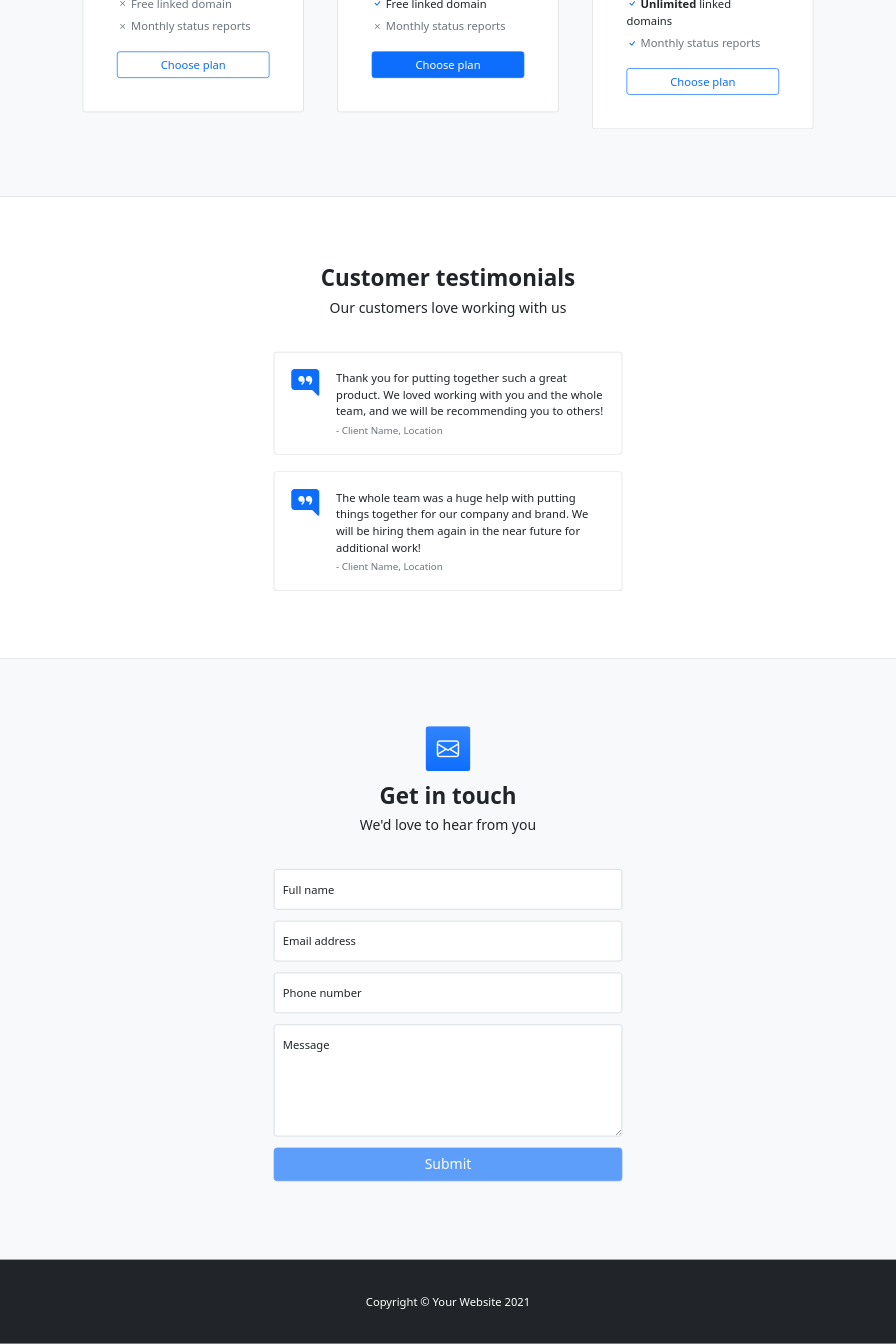
Repository: jaunnnngs/HackaTone
Page: http://localhost/StunProjects/St_Join/main.jsp
An editor plug-in stored every save of this project. The page is shown before and after the next save, followed by the edit.
The browser window is 1280 px wide. The pictures show the part of the page from y = 1548 to 3468 px (the page is 3468 px tall before and 3452 px after), at 70% of full size.
Some web libraries are served in a nearby version. The page is served by Tomcat 9. Other server files are loaded and not shown.

Above is the page before, as saved 2021-07-26 06:15:11.

### STUN_TEAM/StunProjects/src/main/webapp/St_Join/main.jsp

</script>
<%@ page language="java" contentType="text/html; charset=UTF-8"
pageEncoding="UTF-8"%>
<!DOCTYPE html>
<html>
    <head>
        <meta charset="utf-8" />
        <meta name="viewport" content="width=device-width, initial-scale=1, shrink-to-fit=no" />
        <meta name="description" content="" />
        <meta name="author" content="" />
        <title>Warm Place_main</title>
        <!-- Favicon-->
        <link rel="icon" type="image/x-icon" href="assets/favicon.ico" />
        <!-- Bootstrap icons-->
        <link href="https://cdn.jsdelivr.net/npm/bootstrap-icons@1.4.1/font/bootstrap-icons.css" rel="stylesheet" />
        <!-- Core theme CSS (includes Bootstrap)-->
        <link href="css/styles.css" rel="stylesheet" />
    </head>
    <body>
   <%
	// 현재 세션 상태를 체크한다
	String userID = null;
	if (session.getAttribute("userID") != null) {
		userID = (String) session.getAttribute("userID");
	}
	%>

        <!-- Responsive navbar-->
        <nav class="navbar navbar-expand-lg navbar-dark bg-dark">
            <div class="container px-5">
                <a class="navbar-brand" href="../St_Join/main.jsp">Warm Place</a>
                <button class="navbar-toggler" type="button" data-bs-toggle="collapse" data-bs-target="#navbarSupportedContent" aria-controls="navbarSupportedContent" aria-expanded="false" aria-label="Toggle navigation"><span class="navbar-toggler-icon"></span></button>
                 <div class="collapse navbar-collapse" id="navbarSupportedContent">
                 <%
					// 로그인 하지 않았을 때 보여지는 화면
					if(userID == null){
				%>
                    <ul class="navbar-nav ms-auto mb-2 mb-lg-0">
                        <li class="nav-item"><a class="nav-link active" aria-current="page" href="../St_board/login.jsp">로그인</a></li>
                        <li class="nav-item"><a class="nav-link" href="../St_Join/st_userJoin.jsp">회원가입</a></li>
                        <li class="nav-item"><a class="nav-link" href="../St_Reservation/map.jsp">예약하기</a></li>
                        <li class="nav-item"><a class="nav-link" href="../St_board/bbs.jsp">맛집후기</a></li>
                        <li class="nav-item"><a class="nav-link" href="#!">Contact</a></li>
                    </ul>
				<%
				// 로그인이 되어 있는 상태에서 보여주는 화면
					}else{
				%>
                    <ul class="navbar-nav ms-auto mb-2 mb-lg-0">
                        <li class="nav-item"><a class="nav-link active" aria-current="page" href="../St_board/logoutAction.jsp">로그아웃</a></li>
                        <li class="nav-item"><a class="nav-link" href="../St_Join/st_userJoin.jsp">회원가입</a></li>
                        <li class="nav-item"><a class="nav-link" href="../St_Reservation/map.jsp">예약하기</a></li>
                        <li class="nav-item"><a class="nav-link" href="../St_board/bbs.jsp">맛집후기</a></li>
                        <li class="nav-item"><a class="nav-link" href="#!">Contact</a></li>
                    </ul>
                    <%
				}
			%>
                </div>
            </div>
        </nav>

	    <!-- Header-->
        <header class="bg-dark py-5">
            <div class="container px-5">
                <div class="row gx-5 justify-content-center">
                    <div class="col-lg-6">
                        <div class="text-center my-5">
                            <h1 class="display-5 fw-bolder text-white mb-2">가고싶은 장소를 미리 보고싶었던 적 있지않나요??</h1>
                            <p class="lead text-white-50 mb-4">코로나 시대에도 안전하게 놀러갑시다!!</p>
                            <div class="d-grid gap-3 d-sm-flex justify-content-sm-center">
                                <a class="btn btn-outline-light btn-lg px-4" href="#features">실시간 확인</a>
                                <a class="btn btn-outline-light btn-lg px-4" href="../St_Reservation/map.jsp">예약하기</a>
                            </div>
                        </div>
                    </div>
                </div>
            </div>
        </header>
        <!-- Features section-->
        <section class="py-5 border-bottom" id="features">
            <div class="container px-5 my-5">
                <div class="row gx-5">
                    <div class="col-lg-4 mb-5 mb-lg-0">
                        <div class="feature bg-primary bg-gradient text-white rounded-3 mb-3"><i class="bi bi-collection"></i></div>
                        <h2 class="h4 fw-bolder">실시간 장소확인</h2>
                        <p>장소를 입력해주세요.</p>
                        <a class="text-decoration-none" href="#!">
                            Call to action
                            <i class="bi bi-arrow-right"></i>
                        </a>
                    </div>
                    <div class="col-lg-4 mb-5 mb-lg-0">
                        <div class="feature bg-primary bg-gradient text-white rounded-3 mb-3"><i class="bi bi-building"></i></div>
                        <h2 class="h4 fw-bolder">Featured title</h2>
                        <p>Paragraph of text beneath the heading to explain the heading. We'll add onto it with another sentence and probably just keep going until we run out of words.</p>
                        <a class="text-decoration-none" href="#!">
                            Call to action
                            <i class="bi bi-arrow-right"></i>
                        </a>
                    </div>
                    <div class="col-lg-4">
                        <div class="feature bg-primary bg-gradient text-white rounded-3 mb-3"><i class="bi bi-toggles2"></i></div>
                        <h2 class="h4 fw-bolder">Featured title</h2>
                        <p>Paragraph of text beneath the heading to explain the heading. We'll add onto it with another sentence and probably just keep going until we run out of words.</p>
                        <a class="text-decoration-none" href="#!">
                            Call to action
                            <i class="bi bi-arrow-right"></i>
                        </a>
                    </div>
                </div>
            </div>
        </section>
        <!-- Pricing section-->
        <section class="bg-light py-5 border-bottom">
            <div class="container px-5 my-5">
                <div class="text-center mb-5">
                    <h2 class="fw-bolder">Pay as you grow</h2>
                    <p class="lead mb-0">With our no hassle pricing plans</p>
                </div>
                <div class="row gx-5 justify-content-center">
                    <!-- Pricing card free-->
                    <div class="col-lg-6 col-xl-4">
                        <div class="card mb-5 mb-xl-0">
                            <div class="card-body p-5">
                                <div class="small text-uppercase fw-bold text-muted">Free</div>
                                <div class="mb-3">
                                    <span class="display-4 fw-bold">$0</span>
                                    <span class="text-muted">/ mo.</span>
                                </div>
                                <ul class="list-unstyled mb-4">
                                    <li class="mb-2">
                                        <i class="bi bi-check text-primary"></i>
                                        <strong>1 users</strong>
                                    </li>
                                    <li class="mb-2">
                                        <i class="bi bi-check text-primary"></i>
                                        5GB storage
                                    </li>
                                    <li class="mb-2">
                                        <i class="bi bi-check text-primary"></i>
                                        Unlimited public projects
                                    </li>
                                    <li class="mb-2">
                                        <i class="bi bi-check text-primary"></i>
                                        Community access
                                    </li>
                                    <li class="mb-2 text-muted">
                                        <i class="bi bi-x"></i>
                                        Unlimited private projects
                                    </li>
                                    <li class="mb-2 text-muted">
                                        <i class="bi bi-x"></i>
                                        Dedicated support
                                    </li>
                                    <li class="mb-2 text-muted">
                                        <i class="bi bi-x"></i>
                                        Free linked domain
                                    </li>
                                    <li class="text-muted">
                                        <i class="bi bi-x"></i>
                                        Monthly status reports
                                    </li>
                                </ul>
                                <div class="d-grid"><a class="btn btn-outline-primary" href="#!">Choose plan</a></div>
                            </div>
                        </div>
                    </div>
                    <!-- Pricing card pro-->
                    <div class="col-lg-6 col-xl-4">
                        <div class="card mb-5 mb-xl-0">
                            <div class="card-body p-5">
                                <div class="small text-uppercase fw-bold">
                                    <i class="bi bi-star-fill text-warning"></i>
                                    Pro
                                </div>
                                <div class="mb-3">
                                    <span class="display-4 fw-bold">$9</span>
                                    <span class="text-muted">/ mo.</span>
                                </div>
                                <ul class="list-unstyled mb-4">
                                    <li class="mb-2">
                                        <i class="bi bi-check text-primary"></i>
                                        <strong>5 users</strong>
                                    </li>
                                    <li class="mb-2">
                                        <i class="bi bi-check text-primary"></i>
                                        5GB storage
                                    </li>
                                    <li class="mb-2">
                                        <i class="bi bi-check text-primary"></i>
                                        Unlimited public projects
                                    </li>
                                    <li class="mb-2">
                                        <i class="bi bi-check text-primary"></i>
                                        Community access
                                    </li>
                                    <li class="mb-2">
                                        <i class="bi bi-check text-primary"></i>
                                        Unlimited private projects
                                    </li>
                                    <li class="mb-2">
                                        <i class="bi bi-check text-primary"></i>
                                        Dedicated support
                                    </li>
                                    <li class="mb-2">
                                        <i class="bi bi-check text-primary"></i>
                                        Free linked domain
                                    </li>
                                    <li class="text-muted">
                                        <i class="bi bi-x"></i>
                                        Monthly status reports
                                    </li>
                                </ul>
                                <div class="d-grid"><a class="btn btn-primary" href="#!">Choose plan</a></div>
                            </div>
                        </div>
                    </div>
                    <!-- Pricing card enterprise-->
                    <div class="col-lg-6 col-xl-4">
                        <div class="card">
                            <div class="card-body p-5">
                                <div class="small text-uppercase fw-bold text-muted">Enterprise</div>
                                <div class="mb-3">
                                    <span class="display-4 fw-bold">$49</span>
                                    <span class="text-muted">/ mo.</span>
                                </div>
                                <ul class="list-unstyled mb-4">
                                    <li class="mb-2">
                                        <i class="bi bi-check text-primary"></i>
                                        <strong>Unlimited users</strong>
                                    </li>
                                    <li class="mb-2">
                                        <i class="bi bi-check text-primary"></i>
                                        5GB storage
                                    </li>
                                    <li class="mb-2">
                                        <i class="bi bi-check text-primary"></i>
                                        Unlimited public projects
                                    </li>
                                    <li class="mb-2">
                                        <i class="bi bi-check text-primary"></i>
                                        Community access
                                    </li>
                                    <li class="mb-2">
                                        <i class="bi bi-check text-primary"></i>
                                        Unlimited private projects
                                    </li>
                                    <li class="mb-2">
                                        <i class="bi bi-check text-primary"></i>
                                        Dedicated support
                                    </li>
                                    <li class="mb-2">
                                        <i class="bi bi-check text-primary"></i>
                                        <strong>Unlimited</strong>
                                        linked domains
                                    </li>
                                    <li class="text-muted">
                                        <i class="bi bi-check text-primary"></i>
                                        Monthly status reports
                                    </li>
                                </ul>
                                <div class="d-grid"><a class="btn btn-outline-primary" href="#!">Choose plan</a></div>
                            </div>
                        </div>
                    </div>
                </div>
            </div>
        </section>
        <!-- Testimonials section-->
        <section class="py-5 border-bottom">
            <div class="container px-5 my-5 px-5">
                <div class="text-center mb-5">
                    <h2 class="fw-bolder">Customer testimonials</h2>
                    <p class="lead mb-0">Our customers love working with us</p>
                </div>
                <div class="row gx-5 justify-content-center">
                    <div class="col-lg-6">
                        <!-- Testimonial 1-->
                        <div class="card mb-4">
                            <div class="card-body p-4">
                                <div class="d-flex">
                                    <div class="flex-shrink-0"><i class="bi bi-chat-right-quote-fill text-primary fs-1"></i></div>
                                    <div class="ms-4">
                                        <p class="mb-1">Thank you for putting together such a great product. We loved working with you and the whole team, and we will be recommending you to others!</p>
                                        <div class="small text-muted">- Client Name, Location</div>
                                    </div>
                                </div>
                            </div>
                        </div>
                        <!-- Testimonial 2-->
                        <div class="card">
                            <div class="card-body p-4">
                                <div class="d-flex">
                                    <div class="flex-shrink-0"><i class="bi bi-chat-right-quote-fill text-primary fs-1"></i></div>
                                    <div class="ms-4">
                                        <p class="mb-1">The whole team was a huge help with putting things together for our company and brand. We will be hiring them again in the near future for additional work!</p>
                                        <div class="small text-muted">- Client Name, Location</div>
                                    </div>
                                </div>
                            </div>
                        </div>
                    </div>
                </div>
            </div>
        </section>
        <!-- Contact section-->
        <section class="bg-light py-5">
            <div class="container px-5 my-5 px-5">
                <div class="text-center mb-5">
                    <div class="feature bg-primary bg-gradient text-white rounded-3 mb-3"><i class="bi bi-envelope"></i></div>
                    <h2 class="fw-bolder">Get in touch</h2>
                    <p class="lead mb-0">We'd love to hear from you</p>
                </div>
                <div class="row gx-5 justify-content-center">
                    <div class="col-lg-6">
                        <!-- * * * * * * * * * * * * * * *-->
                        <!-- * * SB Forms Contact Form * *-->
                        <!-- * * * * * * * * * * * * * * *-->
                        <!-- This form is pre-integrated with SB Forms.-->
                        <!-- To make this form functional, sign up at-->
                        <!-- https://startbootstrap.com/solution/contact-forms-->
                        <!-- to get an API token!-->
                        <form id="contactForm" data-sb-form-api-token="API_TOKEN">
                            <!-- Name input-->
                            <div class="form-floating mb-3">
                                <input class="form-control" id="name" type="text" placeholder="Enter your name..." data-sb-validations="required" />
                                <label for="name">Full name</label>
                                <div class="invalid-feedback" data-sb-feedback="name:required">A name is required.</div>
                            </div>
                            <!-- Email address input-->
                            <div class="form-floating mb-3">
                                <input class="form-control" id="email" type="email" placeholder="name@example.com" data-sb-validations="required,email" />
                                <label for="email">Email address</label>
                                <div class="invalid-feedback" data-sb-feedback="email:required">An email is required.</div>
                                <div class="invalid-feedback" data-sb-feedback="email:email">Email is not valid.</div>
                            </div>
                            <!-- Phone number input-->
                            <div class="form-floating mb-3">
                                <input class="form-control" id="phone" type="tel" placeholder="(123) 456-7890" data-sb-validations="required" />
                                <label for="phone">Phone number</label>
                                <div class="invalid-feedback" data-sb-feedback="phone:required">A phone number is required.</div>
                            </div>
                            <!-- Message input-->
                            <div class="form-floating mb-3">
                                <textarea class="form-control" id="message" type="text" placeholder="Enter your message here..." style="height: 10rem" data-sb-validations="required"></textarea>
                                <label for="message">Message</label>
                                <div class="invalid-feedback" data-sb-feedback="message:required">A message is required.</div>
                            </div>
                            <!-- Submit success message-->
                            <!---->
                            <!-- This is what your users will see when the form-->
                            <!-- has successfully submitted-->
                            <div class="d-none" id="submitSuccessMessage">
                                <div class="text-center mb-3">
                                    <div class="fw-bolder">Form submission successful!</div>
                                    To activate this form, sign up at
                                    <br />
                                    <a href="https://startbootstrap.com/solution/contact-forms">https://startbootstrap.com/solution/contact-forms</a>
                                </div>
                            </div>
                            <!-- Submit error message-->
                            <!---->
                            <!-- This is what your users will see when there is-->
                            <!-- an error submitting the form-->
                            <div class="d-none" id="submitErrorMessage"><div class="text-center text-danger mb-3">Error sending message!</div></div>
                            <!-- Submit Button-->
                            <div class="d-grid"><button class="btn btn-primary btn-lg disabled" id="submitButton" type="submit">Submit</button></div>
                        </form>
                    </div>
                </div>
            </div>
        </section>
        <!-- Footer-->
        <footer class="py-5 bg-dark">
            <div class="container px-5"><p class="m-0 text-center text-white">Copyright &copy; Your Website 2021</p></div>
        </footer>
        <!-- Bootstrap core JS-->
        <script src="https://cdn.jsdelivr.net/npm/bootstrap@5.0.2/dist/js/bootstrap.bundle.min.js"></script>
        <!-- Core theme JS-->
        <script src="js/scripts.js"></script>
        <!-- * * * * * * * * * * * * * * * * * * * * * * * * * * * * * * * * * * * * * * * *-->
        <!-- * *                               SB Forms JS                               * *-->
        <!-- * * Activate your form at https://startbootstrap.com/solution/contact-forms * *-->
        <!-- * * * * * * * * * * * * * * * * * * * * * * * * * * * * * * * * * * * * * * * *-->
        <script src="https://cdn.startbootstrap.com/sb-forms-latest.js"></script>
    </body>
</html>

### STUN_TEAM/StunProjects/src/main/webapp/St_Join/js/scripts.js
/*!
* Start Bootstrap - Business Frontpage v5.0.3 (https://startbootstrap.com/template/business-frontpage)
* Copyright 2013-2021 Start Bootstrap
* Licensed under MIT (https://github.com/StartBootstrap/startbootstrap-business-frontpage/blob/master/LICENSE)
*/
// This file is intentionally blank
// Use this file to add JavaScript to your project

Loaded but not shown: STUN_TEAM/StunProjects/src/main/webapp/St_Join/css/styles.css (library)

After the next save:
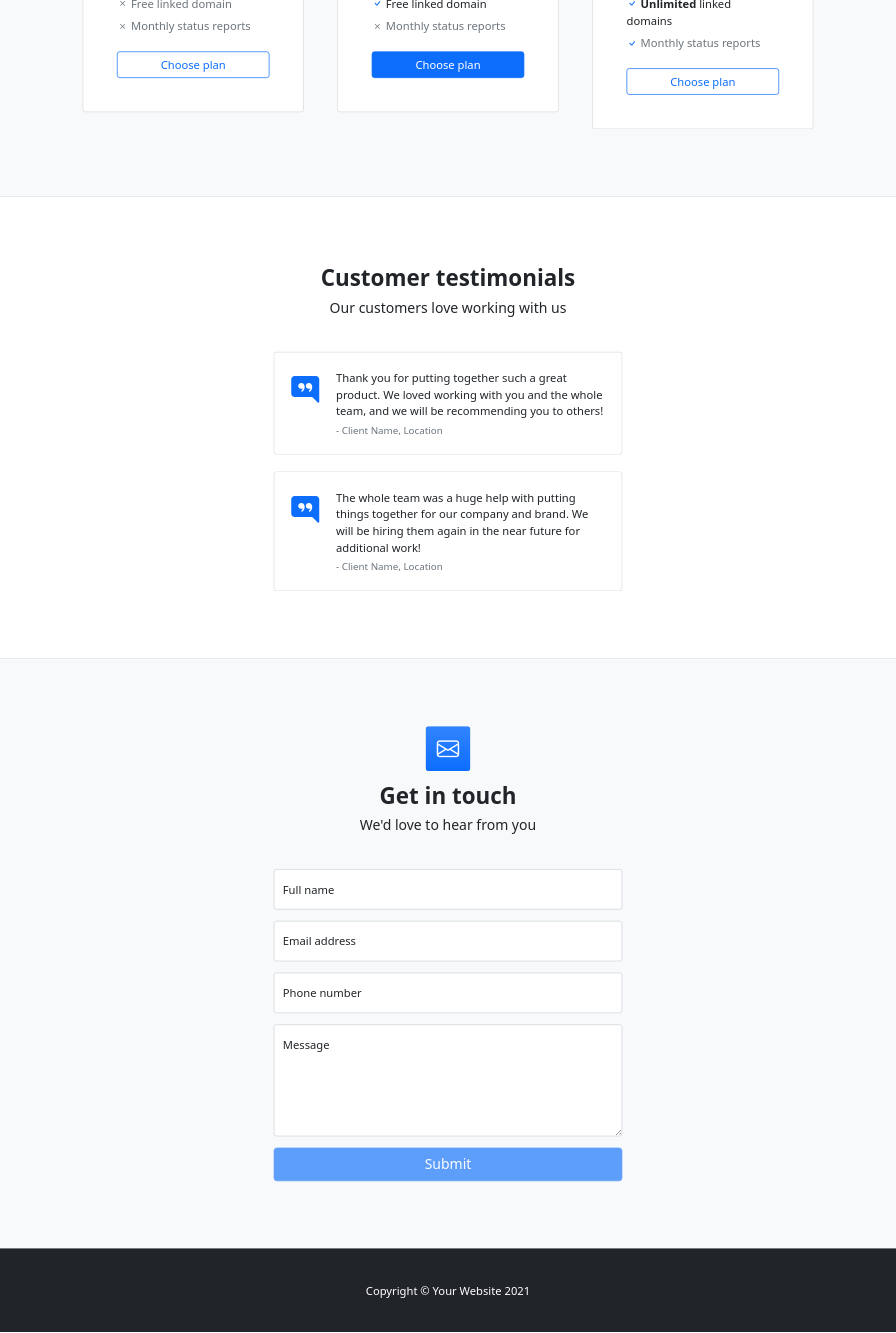
Saved 6 s later.
--- a/STUN_TEAM/StunProjects/src/main/webapp/St_Join/main.jsp
+++ b/STUN_TEAM/StunProjects/src/main/webapp/St_Join/main.jsp
@@ -1,5 +1,4 @@
 
-</script>
 <%@ page language="java" contentType="text/html; charset=UTF-8"
 pageEncoding="UTF-8"%>
 <!DOCTYPE html>
